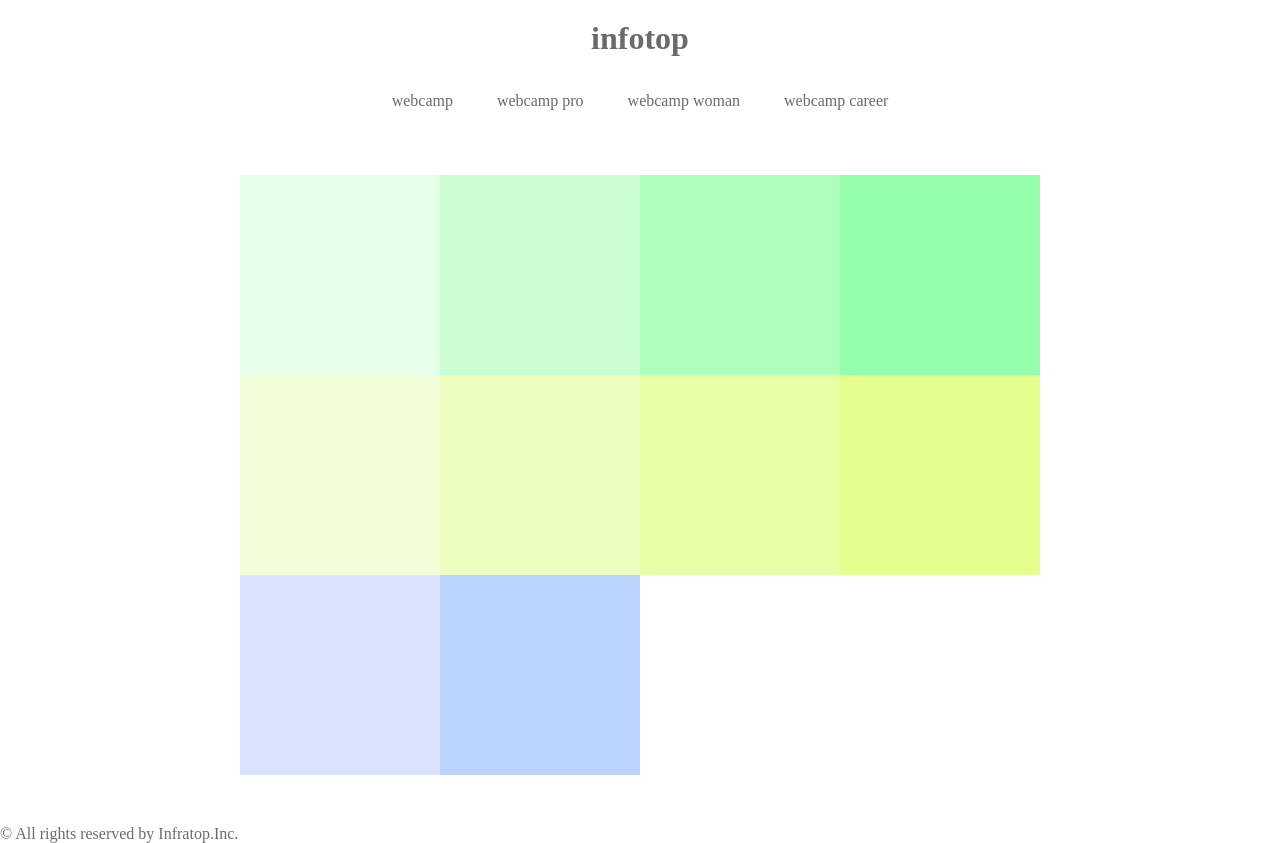
Repository: decknoboh/exercise1-8
Page: exercise1-5/index.html
The author's editor kept a record of every edit. The page is drawn from the files as they stood at one moment, then again after the next edit.
The browser window is 1280 px wide. The pictures show the whole page.

Above is the page before.

### exercise1-5/index.html
<!DOCTYPE html>
<html lang="ja">
  <head>
    <meta charset="utf-8" />
    <link rel="stylesheet" href="style.css" />
    <title>infratop</title>
  </head>

  <body>
    <header>
      <h1>
        <a href="index.html">
          infotop
        </a>
      </h1>
    </header>
    <nav>
    <ul class="nav-list">
      <li class="nav-list-item">
        <a href="index.html">webcamp</a>
      </li>
      <li class="nav-list-item">
        <a href="index.html">webcamp pro</a>
      </li>
      <li class="nav-list-item">
        <a href="index.html">webcamp woman</a>
      </li>
      <li class="nav-list-item">
        <a href="index.html">webcamp career</a>
      </li>
    </ul>
    </nav>
    <div class="main">
      <div class="box1"></div>
      <div class="box2"></div>
      <div class="box3"></div>
      <div class="box4"></div>
      <div class="box5"></div>
      <div class="box6"></div>
      <div class="box7"></div>
      <div class="box8"></div>
      <div class="box9"></div>
      <div class="box10"></div>
      <div class="box11"></div>
      <div class="box12"></div>
    </div>
    <footer>
      <p class="footer-text">© All rights reserved by Infratop.Inc.</p>
    </footer>
  </body>
</html>

### exercise1-5/style.css
*{
  margin: 0;
  padding: 0;
  box-sizing: border-box;
  color: #6c6b6b;
}

a{
  text-decoration: none;
}

header{
  width: 100%;
  padding: 20px 0;
  text-align: center;
}

.nav-list{
  text-align: center;
  padding: 15px 0;
  margin: 0 auto;
}

.nav-list-item{
  list-style: none;
  display: inline-block;
  margin: 0 20px;
}

.main{
  width: 800px;
  margin: 50px auto;
  display: flex;
  flex-wrap: wrap;
}

.box1{
  width: 200px;
  height: 200px;
  background-color: #e6ffe9;
}

.box2{
  width: 200px;
  height: 200px;
  background-color: #cbffd3;
}

.box3{
  width: 200px;
  height: 200px;
  background-color: #aeffbd;
}

.box4{
  width: 200px;
  height: 200px;
  background-color: #93ffab;
}

.box5{
  width: 200px;
  height: 200px;
  background-color: #f3ffd8;
}

.box6{
  width: 200px;
  height: 200px;
  background-color: #edffbe;
}

.box7{
  width: 200px;
  height: 200px;
  background-color: #e9ffa5;
}

.box8{
  width: 200px;
  height: 200px;
  background-color: #e4ff8d;
}

.box9{
  width: 200px;
  height: 200px;
  background-color: #d9e5ff;
}

.box10{
  width: 200px;
  height: 200px;
  background-color: #bad3ff;
}

.box11{
  width: 200px;
  height: 200px;
  background-color:
}

.box12{
  width: 200px;
  height: 200px;
  background-color:
}

After the next edit:
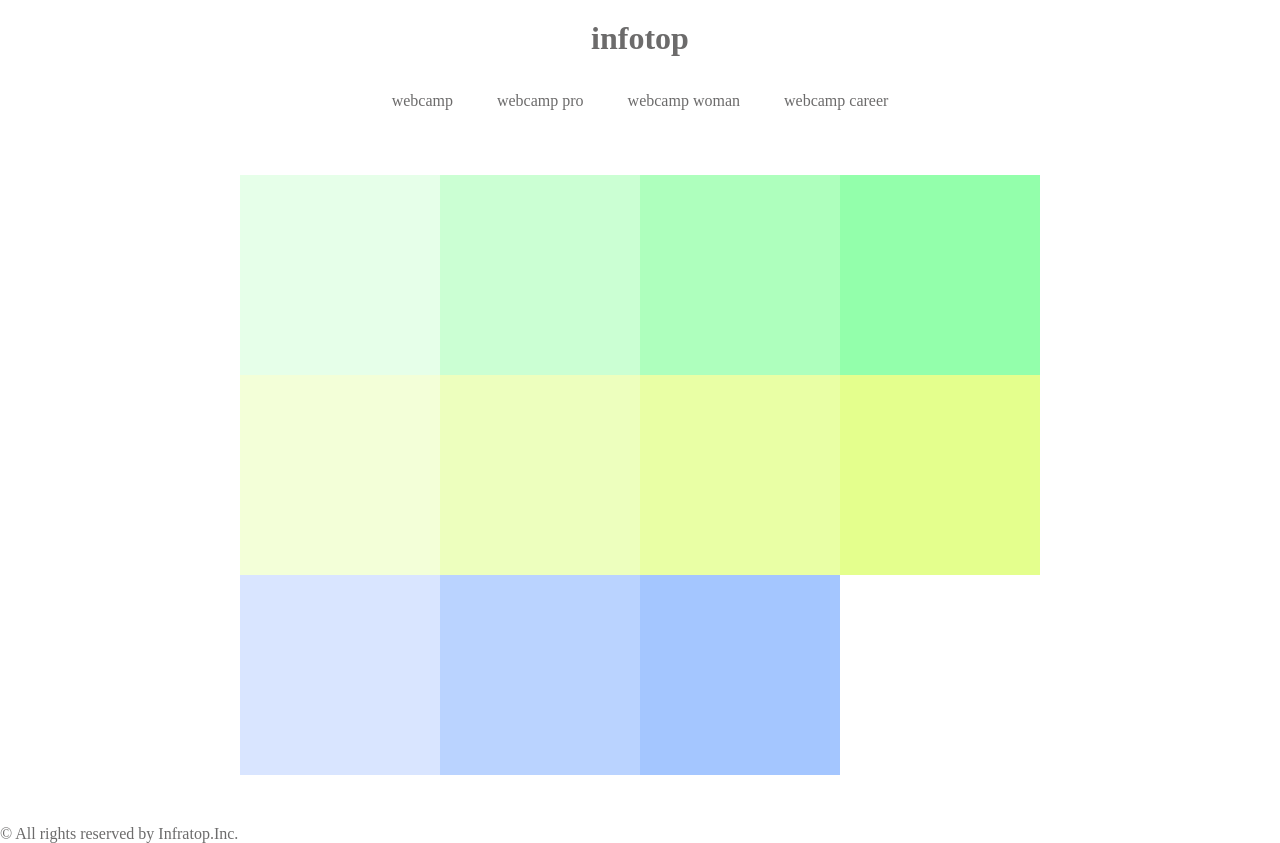
The edit:
--- a/exercise1-5/style.css
+++ b/exercise1-5/style.css
@@ -97,7 +97,7 @@
 .box11{
   width: 200px;
   height: 200px;
-  background-color:
+  background-color: #a4c6ff;
 }
 
 .box12{
